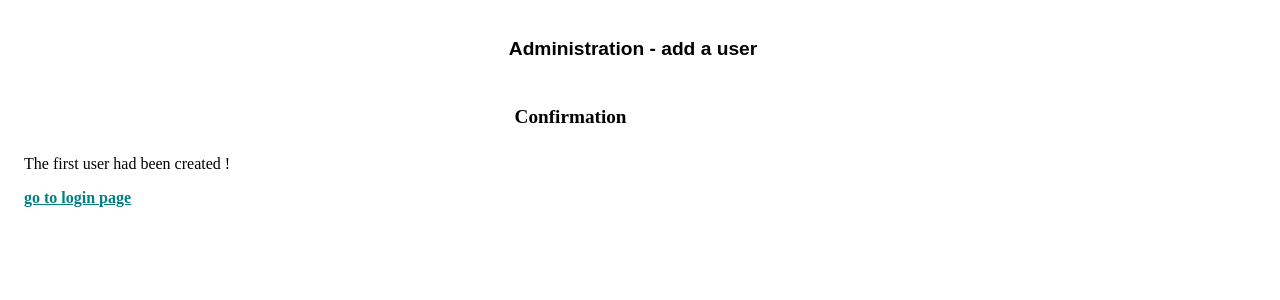
Repository: adrien2riviere/articles_application
Page: http://localhost/admin/admconf
The author's editor kept a copy of each file at every save. The page is drawn from the files as they stood at one save, then again after the next save.
The browser window is 1280 px wide. The pictures show the whole page.
The page is this project's Thymeleaf template; nobody is signed in. The template is opened directly, without the code that normally fills it, so the values that code supplies are empty.

Above is the page before, as saved 2025-10-19 10:25:24.

### itemapp/itemapp/src/main/resources/templates/admin/admconf.html
<!DOCTYPE html>
<html xmlns="http://www.w3.org/1999/xhml" xmlns:th="http://www.thymeleaf.org">
    <head>
        <meta charset="UTF-8">
        <title>Administration - add User</title>
        <link rel="stylesheet" type="text/css" href="/../css/admin/admconf.css">
    </head>
    <body>
        <h2>Administration - add a user</h2>
        <div id="divform">
    		<h3>Confirmation</h2>
        	<p>The first user had been created !</p>
        	<a href="/admin/login">go to login page</a>
    	</div>
    </body>
</html>

### itemapp/itemapp/src/main/resources/static/css/admin/admconf.css
body {
  padding-inline-start:1em;
}

h2 {
	font-family:Arial;
	font-size: 1.2em;
	width:14.5em;
	margin:auto;
	margin-top:2em;
	margin-bottom:2em;
}

h3 {
	font-size: 1.2em;
	padding-left:0.6em;
	width:14.5em;
	padding-top:0.4em;
	padding-bottom:0.4em;
	margin:auto;
	margin-bottom:1em;
}

a {
	color:#008080;
	font-weight: bold;
}

form{
	margin-top:1em;
	text-align:center;
}

label{
	margin-top:1em;
	margin-right:1em;
	display: inline-block;
	width:6em;
	font-family:Calibri;
}

input {
	margin-top:1em;
	margin-right:1em;
	width:12.2em;
}

select {
	margin-top:1em;
	margin-right:1em;
	padding:0.12em;
	width:12.75em;
	background-color:#e6e6e6;
}

#button{
	margin-top:2em;
	margin-left:8.85em;
	padding-top:0.4em;
	padding-bottom:0.4em;
	padding-left:2em;
	padding-right:2em;
}

After the next save:
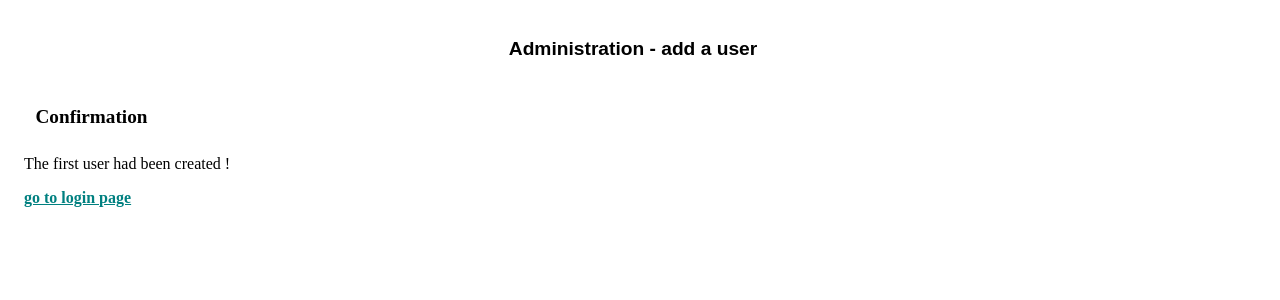
Saved 10 s later.
--- a/itemapp/itemapp/src/main/resources/static/css/admin/admconf.css
+++ b/itemapp/itemapp/src/main/resources/static/css/admin/admconf.css
@@ -17,7 +17,6 @@
 	width:14.5em;
 	padding-top:0.4em;
 	padding-bottom:0.4em;
-	margin:auto;
 	margin-bottom:1em;
 }
 

After the save that followed:
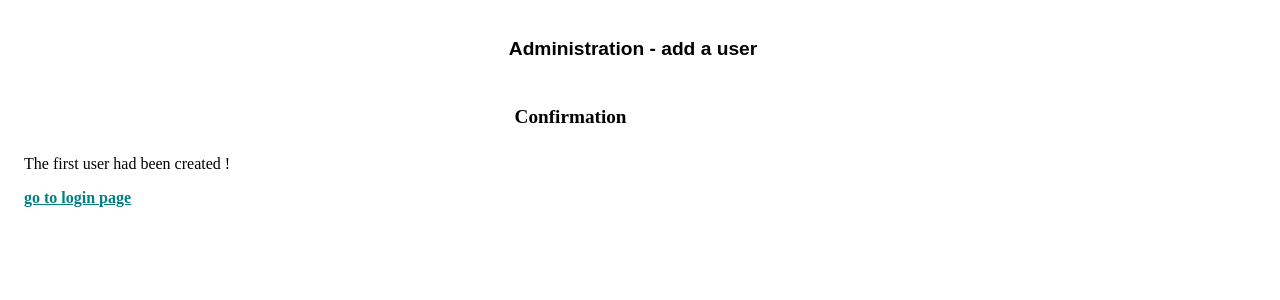
Saved 9 s later.
--- a/itemapp/itemapp/src/main/resources/static/css/admin/admconf.css
+++ b/itemapp/itemapp/src/main/resources/static/css/admin/admconf.css
@@ -17,6 +17,7 @@
 	width:14.5em;
 	padding-top:0.4em;
 	padding-bottom:0.4em;
+	margin:auto;
 	margin-bottom:1em;
 }
 
